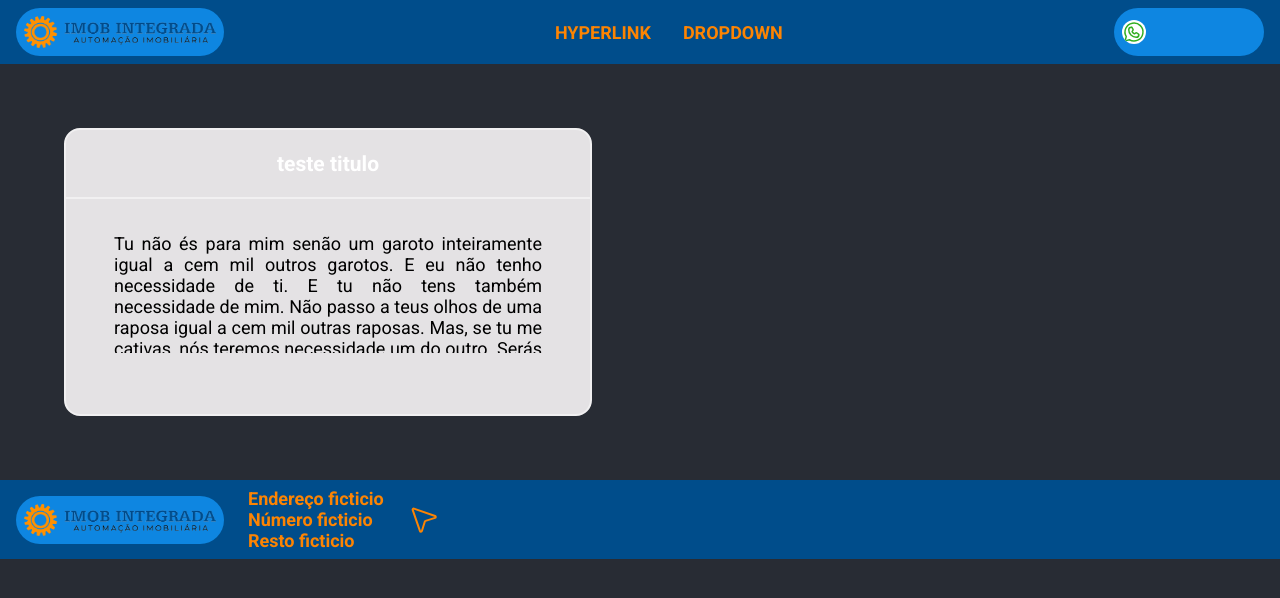
Repository: K0slov/testeAPI
Page: /
An editor plug-in stored every save of this project. The page is shown before and after the next save, followed by the edit.
The browser window is 1280 px wide. The pictures show the whole page.
The project was rebuilt for these pictures with package versions that can differ from the ones it lists, and the page was loaded fresh each time. Also part of the build but not shown: vite.config.ts.

Above is the page before, as saved 2022-06-27 18:58:35.

After the next save:
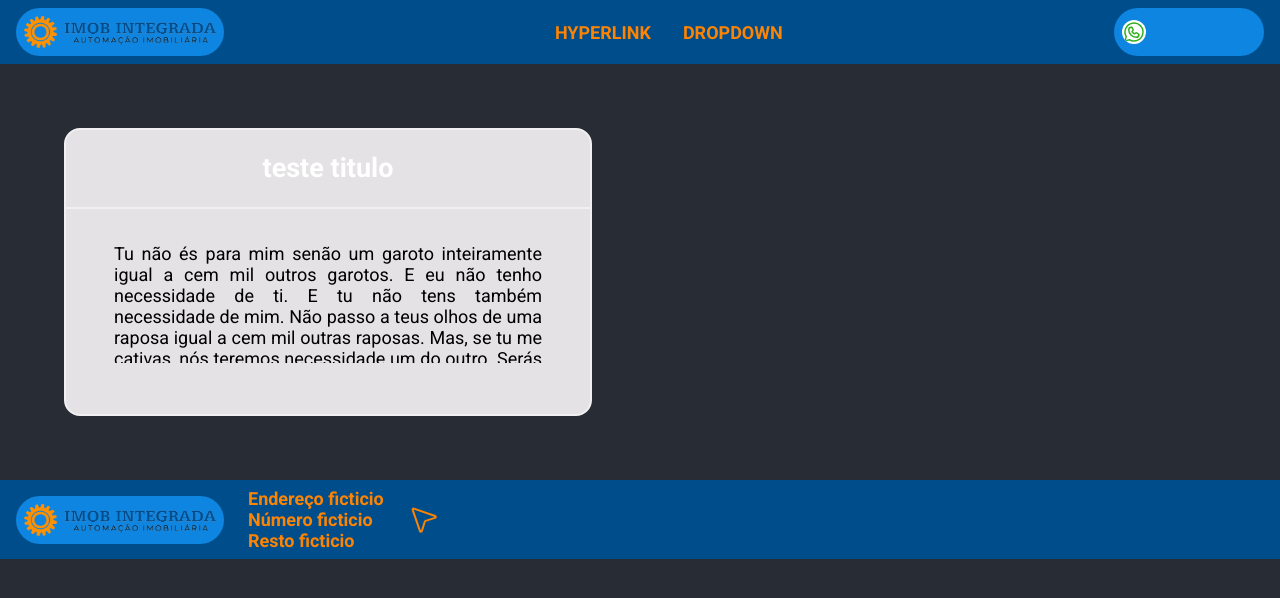
Saved 22 s later.
--- a/src/components/Card/card.tsx
+++ b/src/components/Card/card.tsx
@@ -4,7 +4,7 @@ export function Card() {
     return (
         <div className="card">
             <div className='titulo'>
-                <h3>teste titulo</h3>
+                <h2>teste titulo</h2>
             </div>
             <div className='conteudo'>
                 <p>Tu não és para mim senão um garoto inteiramente igual a cem mil outros garotos. E eu não tenho necessidade de ti. E tu não tens também necessidade de mim. Não passo a teus olhos de uma raposa igual a cem mil outras raposas. Mas, se tu me cativas, nós teremos necessidade um do outro. Serás pra mim o único no mundo. E eu serei para ti a única no mundo…</p>
